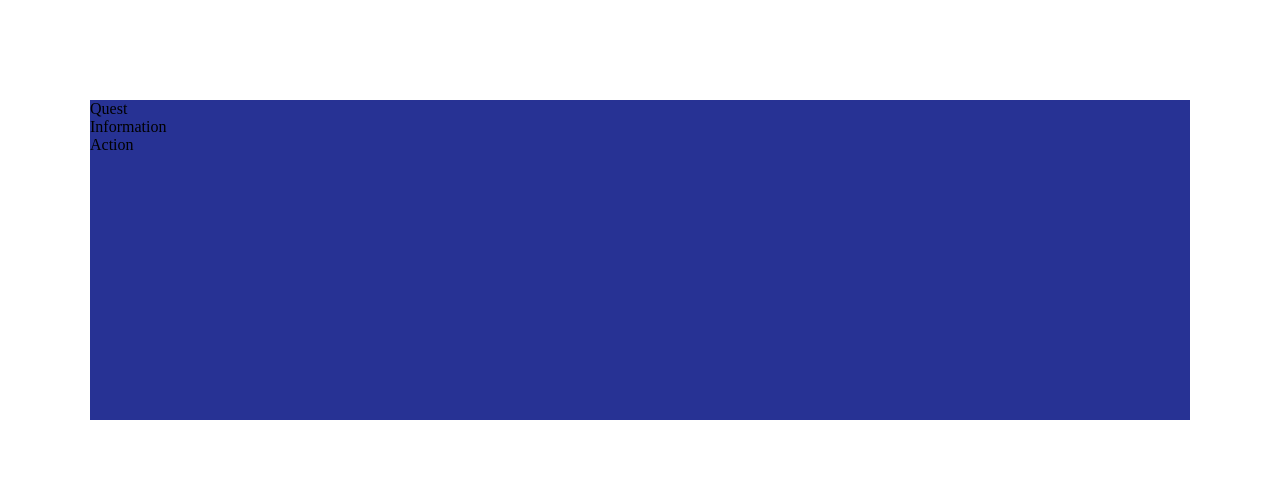
Repository: rahulnag7963/UBCHacks4.0
Page: /
An editor plug-in stored every save of this project. The page is shown before and after the next save, followed by the edit.
The browser window is 1280 px wide. The pictures show the whole page.
The project was rebuilt for these pictures with package versions that can differ from the ones it lists, and the page was loaded fresh each time.

Above is the page before, as saved 2022-11-26 02:34:52.

### public/index.html
<!DOCTYPE html>
<html lang="en">
  <head>
    <meta charset="utf-8" />
    <link rel="icon" href="%PUBLIC_URL%/favicon.ico" />
    <meta name="viewport" content="width=device-width, initial-scale=1" />
    <meta name="theme-color" content="#000000" />
    <meta
      name="description"
      content="Web site created using create-react-app"
    />
    <link rel="apple-touch-icon" href="%PUBLIC_URL%/logo192.png" />
    <link rel="manifest" href="%PUBLIC_URL%/manifest.json" />
    <title>BC Hacks 4.0 Game</title>
  </head>
  <body>
    <noscript>You need to enable JavaScript to run this app.</noscript>
    <div id="root"></div>
  </body>
</html>

### src/index.tsx
import React from 'react';
import ReactDOM from 'react-dom/client';
import './index.css';
import App from './app';

const root = ReactDOM.createRoot(
  document.getElementById('root') as HTMLElement
);

root.render(
  <React.StrictMode>
    <App />
  </React.StrictMode>
);

### src/app.tsx
import React from "react";
import "./app.css";
import Quest from "./Components/Quest";
import Information from "./Components/Information";
import Action from "./Components/Action";
function app() {
  return (
    <div className="app">
      <div className="Components">
        <Quest />
        <Information />
        <Action />
      </div>
    </div>
  );
}

export default app;

### src/app.css
.app {
    height: 320px;
    width: 1100px;
    background-color: rgb(39, 50, 148);
    margin-left: auto;
    margin-right: auto;
    margin-top: 100px;


}

.component {
    text-align: center;
    padding: 250px;
}

### src/Components/Quest.tsx
import React from 'react'

const Quest = () => {
  return (
    <div>Quest</div>
  )
}

export default Quest

### src/Components/Information.tsx
import React from 'react'

const Information = () => {
  return (
    <div>Information</div>
  )
}

export default Information

### src/Components/Action.tsx
import React from 'react'

const Action = () => {
  return (
    <div>Action</div>
  )
}

export default Action

Loaded but not shown: src/index.css (common file)

After the next save:
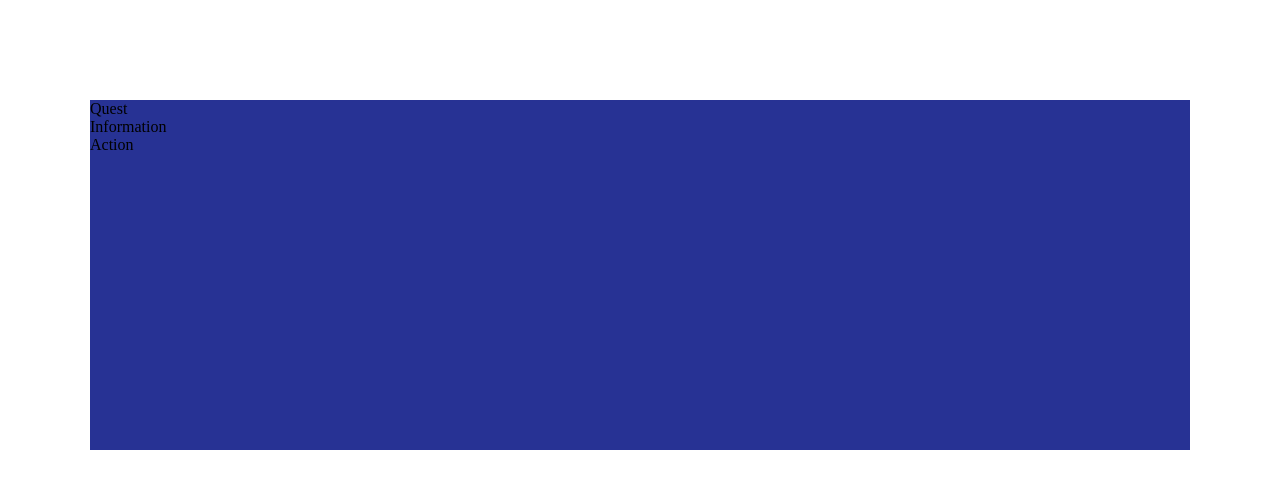
Saved 10 s later.
--- a/src/app.css
+++ b/src/app.css
@@ -1,5 +1,5 @@
 .app {
-    height: 320px;
+    height: 350px;
     width: 1100px;
     background-color: rgb(39, 50, 148);
     margin-left: auto;
